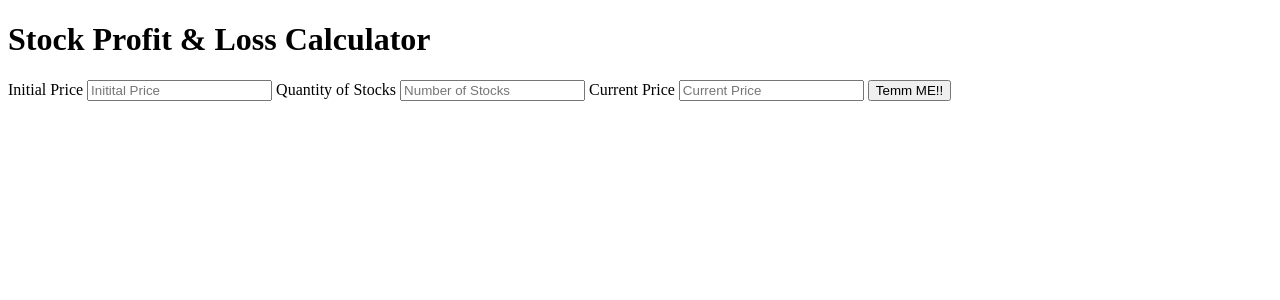
Repository: patelamancode/Stock-P-L-Calculator
Page: index.html
The author's editor kept a copy of each file at every save. The page is drawn from the files as they stood at one save, then again after the next save.
The browser window is 1280 px wide. The pictures show the whole page.

Above is the page before, as saved 2022-11-23 17:59:02.

### index.html
<!DOCTYPE html>
<html lang="en">
<head>
    <meta charset="UTF-8">
    <meta http-equiv="X-UA-Compatible" content="IE=edge">
    <meta name="viewport" content="width=device-width, initial-scale=1.0">
    <title>Stock Profit and Loss Calc</title>
</head>
<body>
    <div id="main-container">
        <h1 class="title">Stock Profit & Loss Calculator</h1>
        <label for="initial Price">Initial Price</label>
        <input type="text" class="stock-initial-price" placeholder="Initital Price">
        <label for="number of stock">Quantity of Stocks</label>
        <input type="text" class="stocks-count" placeholder="Number of Stocks">
        <label for="current Price">Current Price</label>
        <input type="text" placeholder="Current Price" >
        <button>Temm ME!!</button>
    </div>
</body>
</html>

After the next save:
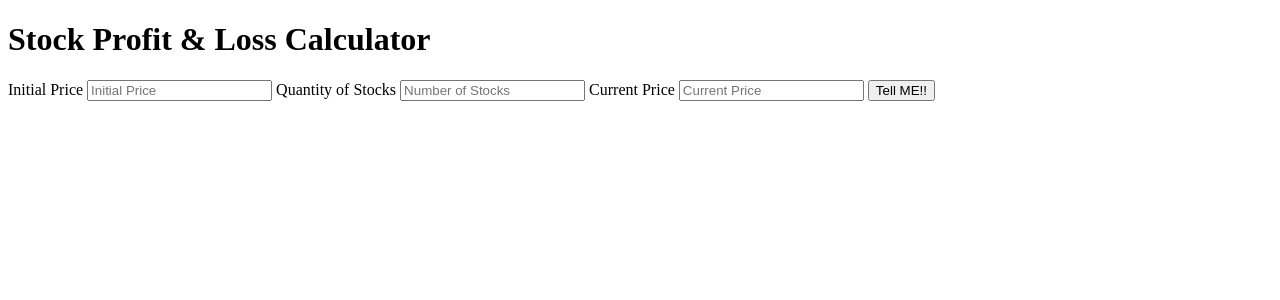
Saved 71 s later.
--- a/index.html
+++ b/index.html
@@ -10,12 +10,12 @@
     <div id="main-container">
         <h1 class="title">Stock Profit & Loss Calculator</h1>
         <label for="initial Price">Initial Price</label>
-        <input type="text" class="stock-initial-price" placeholder="Initital Price">
+        <input type="text" placeholder="Initial Price">
         <label for="number of stock">Quantity of Stocks</label>
-        <input type="text" class="stocks-count" placeholder="Number of Stocks">
+        <input type="text" placeholder="Number of Stocks">
         <label for="current Price">Current Price</label>
         <input type="text" placeholder="Current Price" >
-        <button>Temm ME!!</button>
+        <button>Tell ME!!</button>
     </div>
 </body>
 </html>
